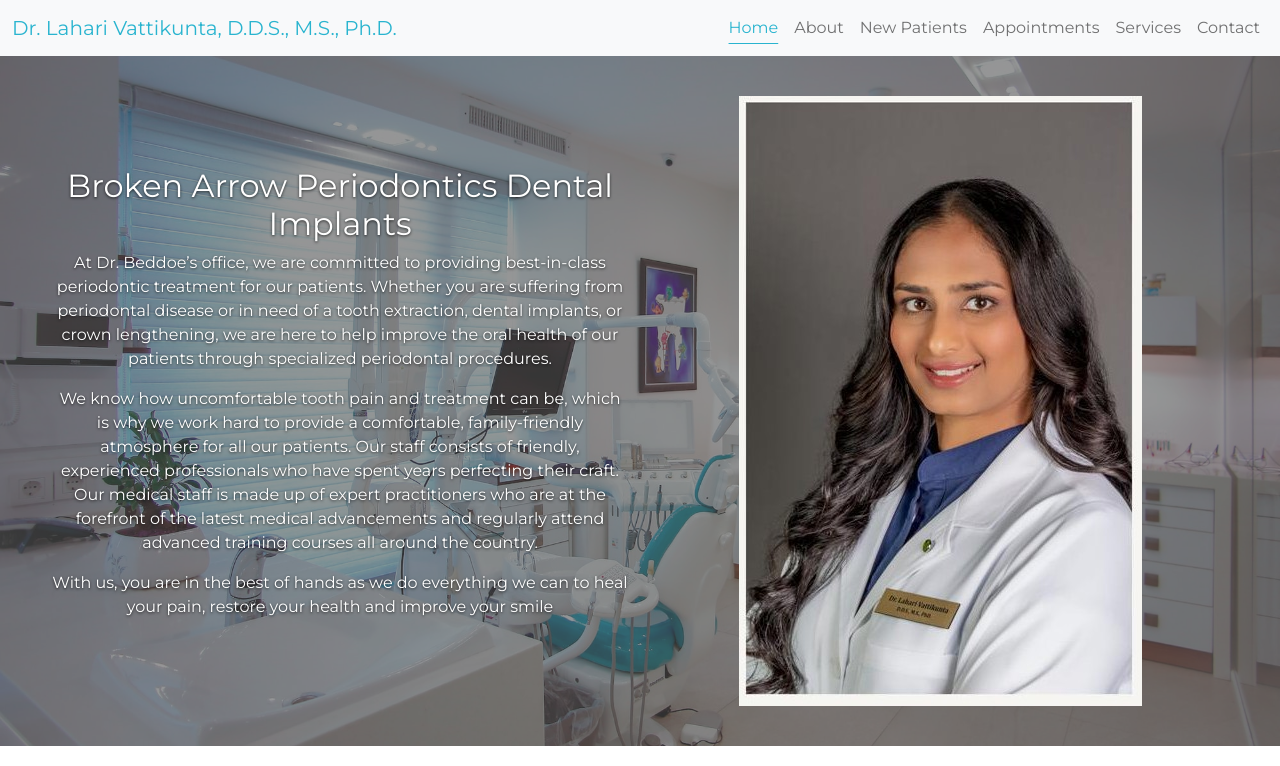
Repository: vineetha2438/baperio
Page: index.html
The author's editor kept a copy of each file at every save. The page is drawn from the files as they stood at one save, then again after the next save.
The browser window is 1280 px wide. The pictures show the part of the page from y = 0 to 766 px (the page is 1193 px tall).
Pictures or frames that could not be fetched are drawn as grey boxes.

Above is the page before, as saved 2022-11-14 20:30:05.

After the next save:
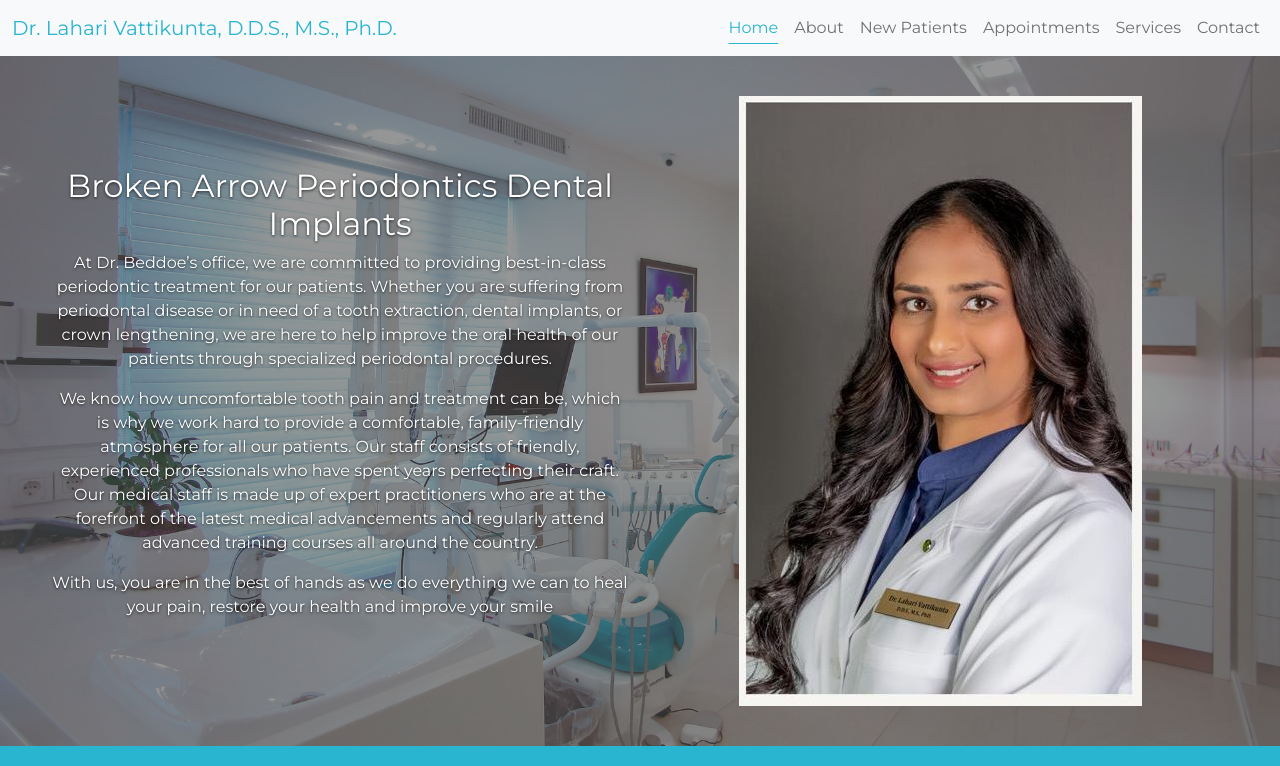
Saved 50 s later.
--- a/index.css
+++ b/index.css
@@ -58,4 +58,6 @@
 
 .section-two {
   padding: 20px 5px;
+  text-align: 'left';
+  background-color: rgb(41,180,207);
 }
